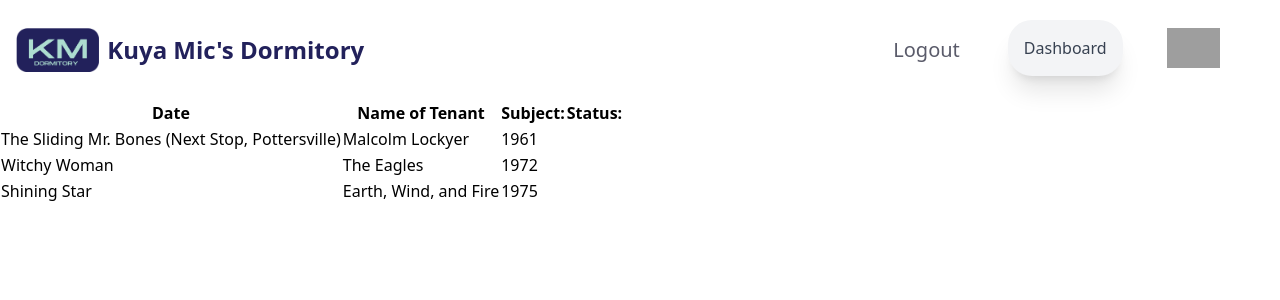
Repository: theamgri/Dormitory-Management-System
Page: logstatus.html
These files come from the project's save history. The page is drawn as it stood at one moment and after the next save; the edit follows.
The browser window is 1280 px wide. The pictures show the whole page.
Pictures or frames that could not be fetched are drawn as grey boxes. Some web libraries are served in a nearby version.

Above is the page before, as saved 2023-02-27 21:48:55.

### logstatus.html
<!DOCTYPE html>
<html lang="en">
<head>
    <script src="https://cdn.tailwindcss.com"></script>
    <script src="https://unpkg.com/flowbite@1.5.5/dist/datepicker.js"></script>
    <meta charset="UTF-8">
    <meta http-equiv="X-UA-Compatible" content="IE=edge">
    <meta name="viewport" content="width=device-width, initial-scale=1.0">
    <link rel="icon" type="image/x-icon" href="/assets/logo.png">
    <title>Tenant Log Status</title>


    <nav class="bg-white border-gray-200 px-2 lg:px-4 py-1 rounded dark:bg-gray-100">
        <div class="container flex flex-wrap items-center justify-between mx-auto">
          <a href="https://flowbite.com/" class="flex items-left">
              <img src="/assets/logo.png" class="h-11" alt="KM Logo" />
              <span class="self-center align-middle pl-2 text-2xl font-Montserrat font-bold whitespace-nowrap" style="color: #22215B">Kuya Mic's Dormitory </span>
          </a>

          <button data-collapse-toggle="navbar-default" type="button" class="inline-flex items-center p-2 ml-3 text-sm text-gray-500 rounded-lg md:hidden hover:bg-gray-100 focus:outline-none focus:ring-2 focus:ring-gray-200 dark:text-gray-400 dark:hover:bg-gray-700 dark:focus:ring-gray-600" aria-controls="navbar-default" aria-expanded="false">
          <svg class="w-6 h-6" aria-hidden="true" fill="currentColor" viewBox="0 0 20 20" xmlns="http://www.w3.org/2000/svg"><path fill-rule="evenodd" d="M3 5a1 1 0 011-1h12a1 1 0 110 2H4a1 1 0 01-1-1zM3 10a1 1 0 011-1h12a1 1 0 110 2H4a1 1 0 01-1-1zM3 15a1 1 0 011-1h12a1 1 0 110 2H4a1 1 0 01-1-1z" clip-rule="evenodd"></path></svg>
          </button>
          <div class="hidden w-full md:block md:w-auto" id="navbar-default">
            <ul class="flex flex-col p-4 mt-4 border border-gray-100 rounded-lg md:flex-row md:space-x-8 md:mt-0 md:text-sm md:font-medium md:border-0">
              <li>
                <a href="login.html" class="block bg-blue-700 font-Montserrat rounded text-xl md:bg-transparent md:text-blue-700 md:p-4" aria-current="page" style="color: #5A5B6A">Logout</a>
              </li>
              <li>
                <a href="home.html" class="block shadow-xl bg-gray-100 font-Montserrat rounded-3xl text-base md:text-gray-700 md:p-4" aria-current="page">Dashboard</a>
              </li>
              <li>
                <a href="#" class="block py-2 pl-3 pr-4" aria-current="page"><img src="https://icones.pro/wp-content/uploads/2021/02/icone-utilisateur-gris.png" class="h-1 mr-3 sm:h-10" alt="KM Logo" /></a>
              </li>
            </ul>
          </div>

        </div>
      </nav>
</head>
<body>
    <div class="w-full h-0 shadow-lg aspect-w-1 aspect-h-1 rounded-xl">
        <table class="table-auto">
            <thead>
              <tr>
                <th>Date</th>
                <th>Name of Tenant</th>
                <th>Subject:</th>
                <th>Status:</th>
              </tr>
            </thead>
            <tbody>
              <tr>
                <td>The Sliding Mr. Bones (Next Stop, Pottersville)</td>
                <td>Malcolm Lockyer</td>
                <td>1961</td>
              </tr>
              <tr>
                <td>Witchy Woman</td>
                <td>The Eagles</td>
                <td>1972</td>
              </tr>
              <tr>
                <td>Shining Star</td>
                <td>Earth, Wind, and Fire</td>
                <td>1975</td>
              </tr>
            </tbody>
          </table>

    </div>



</body>
</html>

After the next save:
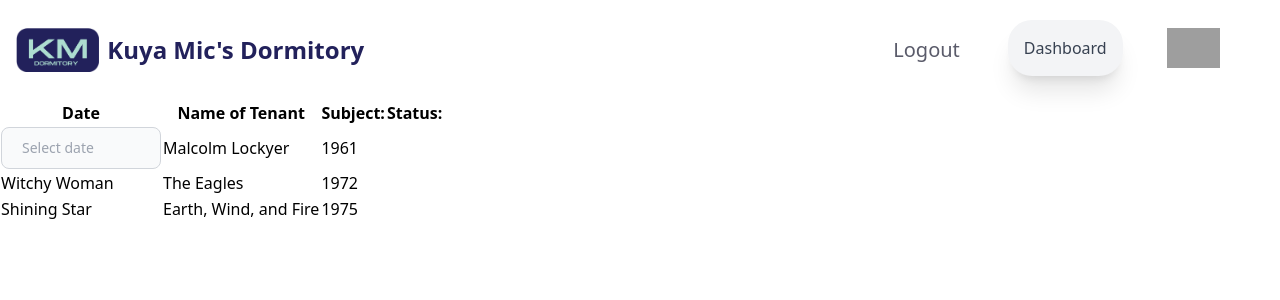
Saved 15 s later.
--- a/logstatus.html
+++ b/logstatus.html
@@ -50,7 +50,7 @@
             </thead>
             <tbody>
               <tr>
-                <td>The Sliding Mr. Bones (Next Stop, Pottersville)</td>
+                <td><input datepicker type="text" class="bg-gray-50 border border-gray-300 text-gray-900 text-sm rounded-lg focus:ring-blue-500 focus:border-blue-500 block w-40 pl-5 p-2.5 dark:border-gray-600 dark:placeholder-gray-400 dark:text-white dark:focus:ring-blue-500 dark:focus:border-blue-900" placeholder="Select date" style="color: #22215B;";></td>
                 <td>Malcolm Lockyer</td>
                 <td>1961</td>
               </tr>
